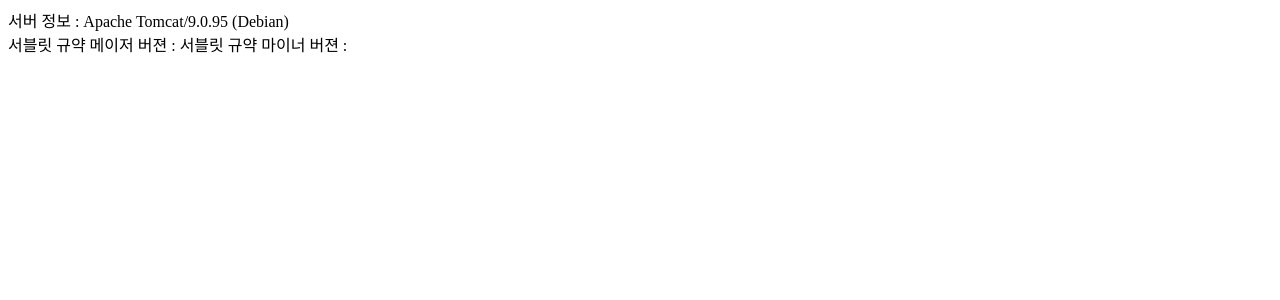
Repository: sgnq008-tech/JSP
Page: http://localhost/WebProject/implicit/appEx02.jsp
The author's editor kept a copy of each file at every save. The page is drawn from the files as they stood at one save, then again after the next save.
The browser window is 1280 px wide. The pictures show the whole page.
The page is served by Tomcat 9.

Above is the page before, as saved 2026-09-11 01:38:12.

After the next save:
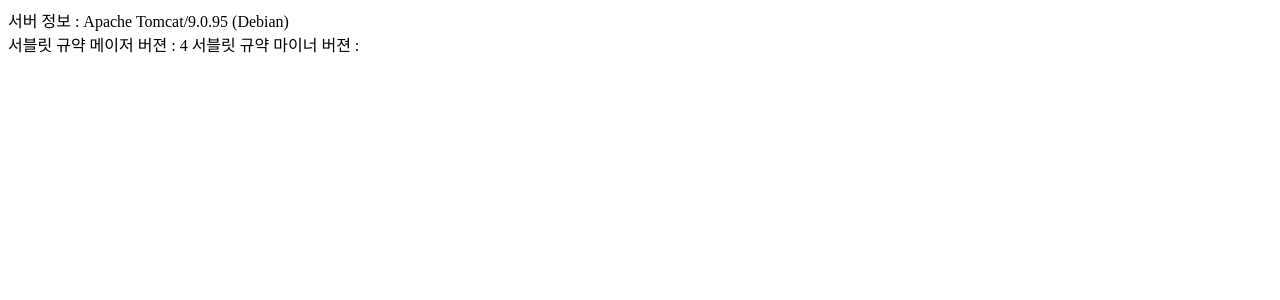
Saved 68 s later.
--- a/jsp_workspace/WebProject/src/main/webapp/implicit/appEx02.jsp
+++ b/jsp_workspace/WebProject/src/main/webapp/implicit/appEx02.jsp
@@ -11,7 +11,7 @@
 //                                  서버의 정보를 가진 상태
 %><br>
 서블릿 규약 메이저 버젼 :
-
+        <%=application.getMajorVersion() %>
 서블릿 규약 마이너 버젼 :
 </body>
 </html>
